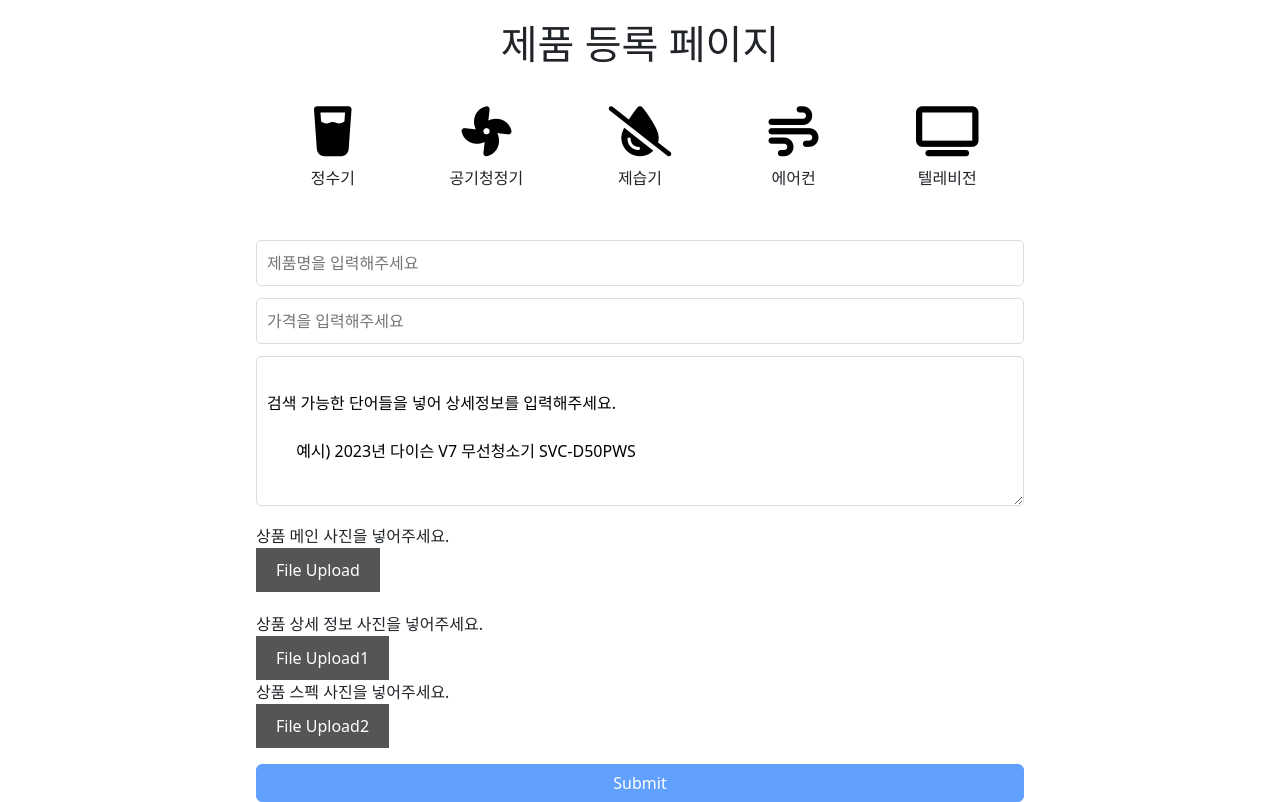
Repository: bbqju13/52si
Page: http://localhost/spring/WEB-INF/views/product/register.jsp
An editor plug-in stored every save of this project. The page is shown before and after the next save, followed by the edit.
The browser window is 1280 px wide. The pictures show the whole page.
Some web libraries are served in a nearby version. The page is served by Tomcat 9. Nobody is signed in. Other server files are loaded and not shown. The template is opened directly, without the code that normally fills it, so the values that code supplies are empty.

Above is the page before, as saved 2023-07-28 05:41:37.

### spring/src/main/webapp/WEB-INF/views/product/register.jsp
<%@ page language="java" contentType="text/html; charset=UTF-8"
    pageEncoding="UTF-8"%>
<%@ taglib uri="http://java.sun.com/jsp/jstl/core" prefix="c" %>
<!DOCTYPE html>
<html>
<head>
<meta charset="UTF-8">
<title>Product Register Page</title>
<link rel="stylesheet" href="/resources/css/product/register.css">
<script src="https://kit.fontawesome.com/e927512ef5.js" crossorigin="anonymous"></script>
<link href="https://cdn.jsdelivr.net/npm/bootstrap@5.3.1/dist/css/bootstrap.min.css" rel="stylesheet" integrity="sha384-4bw+/aepP/YC94hEpVNVgiZdgIC5+VKNBQNGCHeKRQN+PtmoHDEXuppvnDJzQIu9" crossorigin="anonymous">
<script src="https://cdn.jsdelivr.net/npm/bootstrap@5.3.1/dist/js/bootstrap.bundle.min.js" integrity="sha384-HwwvtgBNo3bZJJLYd8oVXjrBZt8cqVSpeBNS5n7C8IVInixGAoxmnlMuBnhbgrkm" crossorigin="anonymous"></script>
</head>
<body>
	<h1>제품 등록 페이지</h1>
	 <form action="/product/register" method="post" id="registerForm" class="was-validated" enctype="multipart/form-data">
        <div id="productDiv">
            <ul>
                <li class="product" data-value="정수기">
                    <div>
                        <i class="fa-solid fa-glass-water" style="color: #000000;"></i>
                        <div class="product-name">정수기</div>
                    </div>
                </li>
                <li class="product" data-value="공기청정기">
                    <div>
                        <i class="fa-solid fa-fan" style="color: #000000;"></i>
                        <div class="product-name">공기청정기</div>
                    </div>
                </li>
                <li class="product" data-value="제습기">
                    <div>
                        <i class="fa-solid fa-droplet-slash" style="color: #000000;"></i>
                        <div class="product-name">제습기</div>
                    </div>
                </li>
                <li class="product" data-value="에어컨">
                    <div>
                        <i class="fa-solid fa-wind" style="color: #000000;"></i>
                        <div class="product-name">에어컨</div>
                    </div>
                </li>
                <li class="product" data-value="텔레비전">
                    <div>
                        <i class="fa-solid fa-tv" style="color: #000000;"></i>
                        <div class="product-name">텔레비전</div>
                    </div>
                </li>
            </ul>
        </div>
        <input type="hidden" name="type_a" id="mySelection">
        <p id="type_aError" class="error" style="color: red; display: none;">제품 카테고리를 입력해주세요.</p>
       <br>
       <input name="pname" placeholder="제품명을 입력해주세요"> <br>
       <p id="pnameError" class="error" style="color: red; display: none;">제품명을 입력해주세요.</p>
       <input id="priceInput" name="price" placeholder="가격을 입력해주세요"> <br>
       <p id="priceError" class="error" style="color: red; display: none;">숫자만 입력해주세요.</p>
       <textarea name="content" cols="50" rows="10"> &#10;검색 가능한 단어들을 넣어 상세정보를 입력해주세요.&#10;
       예시) 2023년 다이슨 V7 무선청소기 SVC-D50PWS
       </textarea> <br>
       <div class="fileDiv">
       	   상품 메인 사진을 넣어주세요.<input type="file" id="files" name="files" style="display: none" class="form-control" aria-label="file example" required> <br>
	       <button type="button" id="trigger">File Upload</button> <br>
	       <div id="fileZone">

	       </div>
	   </div>

	   <div class="fileDiv">
	   	   상품 상세 정보 사진을 넣어주세요.<input type="file" id="files1" name="files" style="display: none" class="form-control" aria-label="file example" required> <br>
	       <button type="button" id="trigger1">File Upload1</button> <br>

	       <div id="fileZone1">

	       </div>
       </div>

       <div class="fileDiv">
       	   상품 스펙 사진을 넣어주세요.<input type="file" id="files2" name="files" style="display: none" class="form-control" aria-label="file example" required> <br>
	       <button type="button" id="trigger2">File Upload2</button> <br>

	       <div id="fileZone2">

	       </div>
       </div>
       <button onclick="validateButton(event)" id="regBtn" class="btn btn-primary" type="submit" disabled>Submit</button>
    </form>

	<script type="text/javascript" src="/resources/js/product/productRegister.js"></script>
	<script type="text/javascript">
	    const thereis = `<c:out value="${thereis}"/>`;
	    console.log(thereis);
	    if (thereis === "1") {
	        alert("같은 상품명이 존재합니다. 다시 입력해주세요.");
	        document.getElementById("registerForm").addEventListener("submit", function(e) {
	        });
	    }
</script>
</body>
</html>

### spring/src/main/webapp/resources/css/product/register.css
body {
    font-family: 'Helvetica Neue', Helvetica, Arial, sans-serif;
    background-color: #fff;
    color: #333;
    margin: 0;
    padding: 0;
}

h1 {
    text-align: center;
    padding: 20px 0;
}

form {
    width: 60%;
    margin: 0 auto;
}

input, textarea {
    width: 100%;
    margin: 10px;
    padding: 10px;
    font-size: 0.8em;
    border-radius: 5px;
    border: 1px solid #ddd;
    margin-bottom: 12px !important;
}

textarea {
    height: 150px;
}

li {
    list-style-type: none;
    flex: 1;
    text-align: center;
    padding: 10px;
    box-sizing: border-box;
    margin: 0 5px;
}

ul {
    display: flex;
    justify-content: space-between;
    cursor: pointer;
    padding-left: 0px !important;
    margin-bottom: 12px;
}

.product-clicked {
    background-color: rgba(128, 128, 128, 0.5);
   	padding: 10px;
   	margin-top: -10px;
    border-radius: 5px;
    animation: pop 0.6s;
}
@keyframes pop {
    0% { transform: scale(1); }
    50% { transform: scale(1.2); }
    100% { transform: scale(1); }
}

i {
    font-size: 50px;
    display: block;
    margin-bottom: 10px;
}

button {
    background-color: #555;
    color: #fff;
    border: none;
    padding: 10px 20px;
    text-align: center;
    text-decoration: none;
    display: inline-block;
    font-size: 16px;
    margin: 4px 2px;
    cursor: pointer;
}

button:hover {
    background-color: #343638;
}

#regBtn {
    width: 100%;
}

#fileZone {
    margin-bottom: 20px;
}

.product-name {
	white-space:nowrap;
}

.error {
	text-align: center;
}

#type_aError {
	margin: 0;
}

#regBtn {
	margin-top: 16px;
}

### spring/src/main/webapp/resources/js/product/productRegister.js
document.getElementById('trigger').addEventListener('click', () => {
    document.getElementById('files').click();
})

document.getElementById('trigger1').addEventListener('click', () => {
    document.getElementById('files1').click();
})

document.getElementById('trigger2').addEventListener('click', () => {
    document.getElementById('files2').click();
})

const regExp = new RegExp("\.(exe|sh|bat|msi|dll|js)$");
const regExpImg = new RegExp("\.(jpg|jpeg|png|gif|bmp)$");
const maxSize = 1024*1024*20;

function fileSizeValidation(fileName, fileSize) {
    if(regExp.test(fileName)) {
        return 0;
    } else if(fileSize > maxSize) {
        return 0;
    } else {
        return 1;
    }
}

document.addEventListener('change', (e) => {
    console.log(e.target);
    if(e.target.id=='files') {
        document.getElementById('regBtn').disabled=false;
        const fileObject = document.getElementById('files').files;
        console.log(fileObject);

        let div = document.getElementById('fileZone');
        div.innerHTML = '';
        let ul = `<ul>`;
        let isOk = 1;
        for(let file of fileObject) {
            console.log(file);
            let validResult = fileSizeValidation(file.name, file.size);
            isOk*=validResult;
            ul += `<li>`;
            ul += `${validResult ? '<div>업로드 가능':'<div>업로드 불가능'}</div>`;
            ul += `${file.name}`;
            ul += `<span class="badge rounded-pill text-bg-${validResult?'success':'danger'}">${file.size}Bytes</span></li>`;
        }
        ul += `</ul>`;
        div.innerHTML = ul;
        if(isOk==0) {
            document.getElementById('regBtn').disabled = true;
        }

    }
})

document.addEventListener('change', (e) => {
    console.log(e.target);
    if(e.target.id=='files1') {
        document.getElementById('regBtn').disabled=false;
        const fileObject = document.getElementById('files1').files;
        console.log(fileObject);

        let div1 = document.getElementById('fileZone1');
        div1.innerHTML = '';
        let ul = `<ul>`;
        let isOk = 1;
        for(let file of fileObject) {
            console.log(file);
            let validResult = fileSizeValidation(file.name, file.size);
            isOk*=validResult;
            ul += `<li>`;
            ul += `${validResult ? '<div>업로드 가능':'<div>업로드 불가능'}</div>`;
            ul += `${file.name}`;
            ul += `<span class="badge rounded-pill text-bg-${validResult?'success':'danger'}">${file.size}Bytes</span></li>`;
        }
        ul += `</ul>`;
        div1.innerHTML = ul;
        if(isOk==0) {
            document.getElementById('regBtn').disabled = true;
        }

    }
})

document.addEventListener('change', (e) => {
    console.log(e.target);
    if(e.target.id=='files2') {
        document.getElementById('regBtn').disabled=false;
        const fileObject = document.getElementById('files2').files;
        console.log(fileObject);

        let div1 = document.getElementById('fileZone2');
        div1.innerHTML = '';
        let ul = `<ul>`;
        let isOk = 1;
        for(let file of fileObject) {
            console.log(file);
            let validResult = fileSizeValidation(file.name, file.size);
            isOk*=validResult;
            ul += `<li>`;
            ul += `${validResult ? '<div>업로드 가능':'<div>업로드 불가능'}</div>`;
            ul += `${file.name}`;
            ul += `<span class="badge rounded-pill text-bg-${validResult?'success':'danger'}">${file.size}Bytes</span></li>`;
        }
        ul += `</ul>`;
        div1.innerHTML = ul;
        if(isOk==0) {
            document.getElementById('regBtn').disabled = true;
        }

    }
})

window.onload = function(){
    var products = document.querySelectorAll('.product');
    products.forEach(function(product){
        product.addEventListener('click', function(e){
            // remove product-clicked from all products
            products.forEach(function(prod){
                prod.firstElementChild.classList.remove('product-clicked');
            });

            // add product-clicked to the clicked product
            e.currentTarget.firstElementChild.classList.add('product-clicked');

            // update the hidden input with the data-value of the clicked product
            document.getElementById('mySelection').value = e.currentTarget.dataset.value;
        });
    });
}

function validateButton(event) {
    var type_aInput = document.querySelector('input[name="type_a"]');
    var type_aError = document.getElementById("type_aError");
    var pnameInput = document.querySelector('input[name="pname"]');
    var pnameError = document.getElementById("pnameError");
    var priceInput = document.querySelector('input[name="price"]');
    var priceError = document.getElementById("priceError");
    var contentTextarea = document.querySelector('textarea[name="content"]');
    var isFormValid = true; // 폼 유효성 검사 결과
    console.log(isFormValid);

    if (type_aInput.value.trim() === "") {
        isFormValid = false;
        type_aError.style.display = "block";
    } else {
        type_aError.style.display = "none";
    }

    if (pnameInput.value.trim() === "") {
        isFormValid = false;
        pnameError.style.display = "block";
    } else {
        pnameError.style.display = "none";
    }

    if (priceInput.value.trim() === "" || isNaN(priceInput.value)) {
        isFormValid = false;
        priceError.style.display = "block";
    } else {
        priceError.style.display = "none";
    }

    if (contentTextarea.value.trim() === "") {
        isFormValid = false;
    }

    console.log(isFormValid);
    // 폼 전송 막기
    if (!isFormValid) {
        event.preventDefault();
    }
}

After the next save:
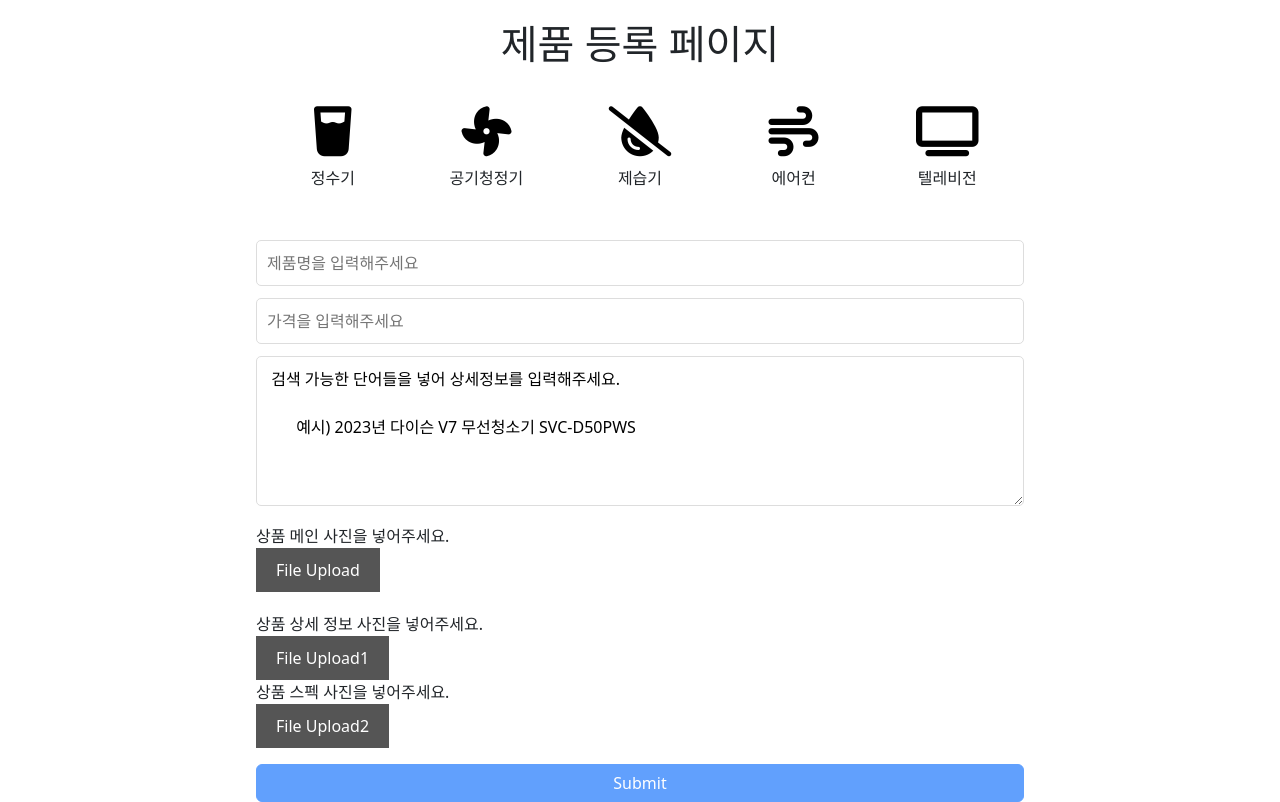
Saved 7 s later.
--- a/spring/src/main/webapp/WEB-INF/views/product/register.jsp
+++ b/spring/src/main/webapp/WEB-INF/views/product/register.jsp
@@ -55,7 +55,7 @@
        <p id="pnameError" class="error" style="color: red; display: none;">제품명을 입력해주세요.</p>
        <input id="priceInput" name="price" placeholder="가격을 입력해주세요"> <br>
        <p id="priceError" class="error" style="color: red; display: none;">숫자만 입력해주세요.</p>
-       <textarea name="content" cols="50" rows="10"> &#10;검색 가능한 단어들을 넣어 상세정보를 입력해주세요.&#10;
+       <textarea name="content" cols="50" rows="10"> 검색 가능한 단어들을 넣어 상세정보를 입력해주세요.&#10;
        예시) 2023년 다이슨 V7 무선청소기 SVC-D50PWS
        </textarea> <br>
        <div class="fileDiv">
